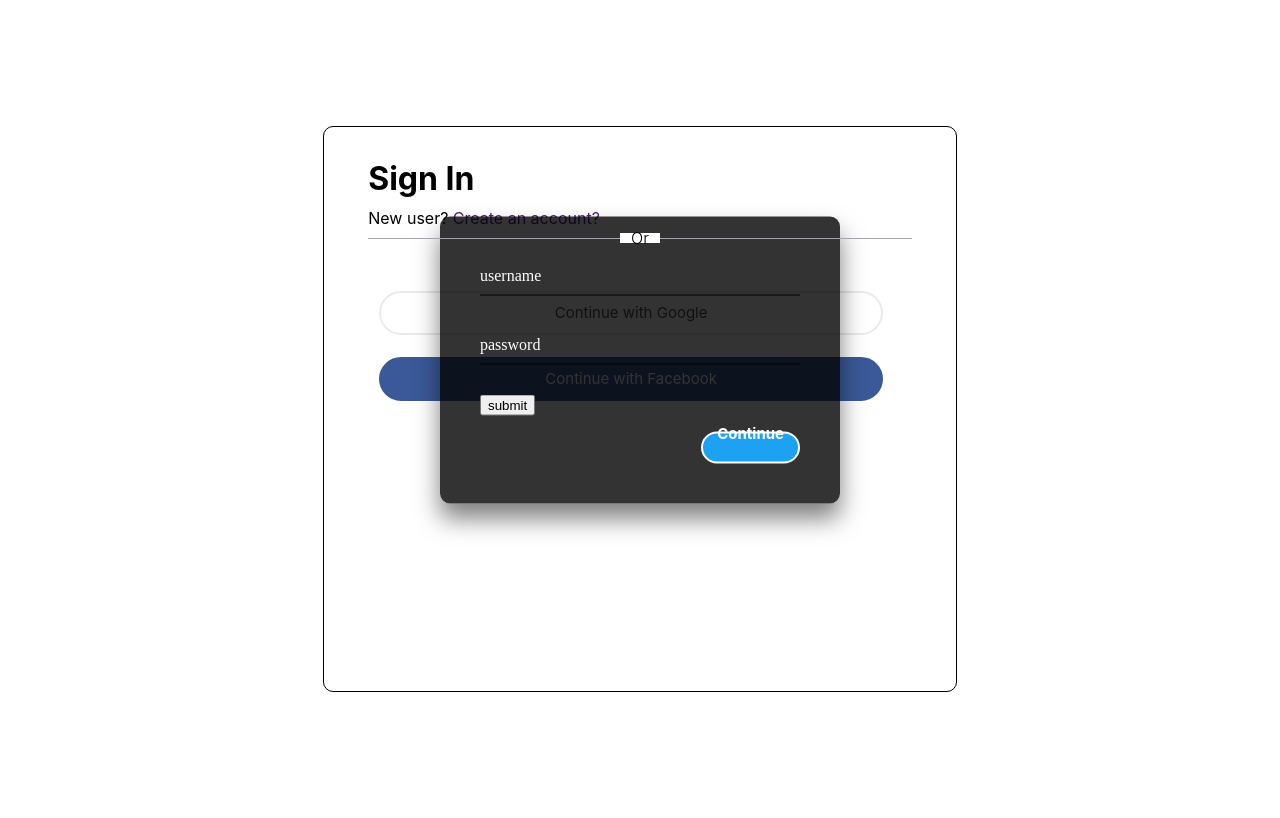
Repository: thangluu93/WereWolf
Page: Template/signIn.html
An editor plug-in stored every save of this project. The page is shown before and after the next save, followed by the edit.
The browser window is 1280 px wide. The pictures show the whole page.

Above is the page before, as saved 2020-01-13 16:59:00.

### Template/signIn.html
<html>

<head>

    <link rel="stylesheet" href="../Stylesheet/signInStyle.css">
</head>

<body id="body1">
    <div class="container" id="container1">
        <div class="containerBody" id="containerBody1">
            <div class="border" id="border1">
                <div class="content" id="content1">
                    <div class="contentHeader">
                        <h1 class="Heading">Sign In</h1>
                        <p class="subHead">New user? <a href="">Create an account?</a></p>
                    </div>
                    <div class="fieldLayout">
                        <div class="box" >
                            <form>
                                <div class="inputBox">
                                    <input type="text" name="" required="">
                                    <label>username</label>
                                </div>
                                <div class="inputBox">
                                    <input type="password" name="" required="">
                                    <label>password</label>
                                </div>
                                <input type="submit" name="" value="submit">
                            </form>
                        <div class="emailContinue">
                            <button class="emailContinueBtn ">
                                <span>Continue</span>
                            </button>
                        </div>
                    </div>
                    <div class="contentFooter">
                        <strong class="line">Or</strong>
                        <div class="socialSignIn" id="socialSignIn1">
                            <a href="" class="googleSignIn">
                                <!-- <svg viewBox="0 0 1152 1152" focusable="false" aria-hidden="true" role="img"
                                class="googleIconSvg">
                                <path
                                    d="M1055.994 594.42a559.973 559.973 0 0 0-8.86-99.684h-458.99V683.25h262.28c-11.298 60.918-45.633 112.532-97.248 147.089v122.279h157.501c92.152-84.842 145.317-209.78 145.317-358.198z"
                                    fill="#4285f4"></path>
                                <path
                                    d="M588.144 1070.688c131.583 0 241.9-43.64 322.533-118.07l-157.5-122.28c-43.64 29.241-99.463 46.52-165.033 46.52-126.931 0-234.368-85.728-272.691-200.919H152.636v126.267c80.19 159.273 245 268.482 435.508 268.482z"
                                    fill="#34a853"></path>
                                <path
                                    d="M315.453 675.94a288.113 288.113 0 0 1 0-185.191V364.482H152.636a487.96 487.96 0 0 0 0 437.724z"
                                    fill="#fbbc05"></path>
                                <path
                                    d="M588.144 289.83c71.551 0 135.792 24.589 186.298 72.88l139.78-139.779C829.821 144.291 719.504 96 588.143 96c-190.507 0-355.318 109.21-435.508 268.482L315.453 490.75c38.323-115.19 145.76-200.919 272.691-200.919z"
                                    fill="#ea4335"></path>
                            </svg> -->
                                <span>Continue with Google</span>
                            </a>
                            <a href="" class="facebookSignIn">
                                <!-- <svg viewBox="0 0 1152 1152" class="facebookIconSvg" aria-hidden="true" data-prefix="fab" data-icon="facebook-f"
                                role="img" xmlns="http://www.w3.org/2000/svg" viewBox="0 0 264 512" data-fa-i2svg="">
                                <path fill="currentColor"
                                    d="M76.7 512V283H0v-91h76.7v-71.7C76.7 42.4 124.3 0 193.8 0c33.3 0 61.9 2.5 70.2 3.6V85h-48.2c-37.8 0-45.1 18-45.1 44.3V192H256l-11.7 91h-73.6v229">
                                </path>
                            </svg> -->
                                <span>Continue with Facebook</span>

                            </a>

                        </div>
                    </div>
                </div>

            </div>
        </div>
    </div>
</body>

</html>

### Stylesheet/signInStyle.css
.containerBody{
    margin: 0;
    padding: 0;
    width: 100%;
}

#containerBody1{
  width: 100%;

}

#content1{

    display: flex;
    flex-direction: column;


}

.content{
    height: 90%;
    padding: 5% 7% 7% 7%;
}

.border{
    width: 50%;
    height: 80%;
}

#border1{
    border: 1px solid black;
    border-radius: 10px;   ;

    margin: 10% auto;
    justify-content: center;
    align-items: center;

}

.socialSignIn a{
    margin: 2%;
    width: 92%;
    height: 2.5rem;
    display: flex;
    align-items: center;
    justify-content: center;
    font-size: 15px;
}

.socialSignIn{
    margin-top: 2rem;
}

#socialSignIn1{
    display: flex;
    flex-direction: column;
}

.googleSignIn,.facebookSignIn,.twitterSignIn{
    border: 2px;
    border-style: solid;
    border-radius: 100px;
}

.subHead{
    margin: 10px 0 0 0;
}

.heading{
    margin: 0;
}

p {
    font-family: adobe-clean,"Source Sans Pro",-apple-system,BlinkMacSystemFont,"Segoe UI",Roboto,sans-serif;
}

h1{
    font-family: adobe-clean,"Source Sans Pro",-apple-system,BlinkMacSystemFont,"Segoe UI",Roboto,sans-serif;
    font-size: 32px;
}

span{
    font-family: adobe-clean,"Source Sans Pro",-apple-system,BlinkMacSystemFont,"Segoe UI",Roboto,sans-serif;
}

a{
    text-decoration: none;
}




.emailContinueBtn{
    display: flex;
    box-shadow: none;
    background-color: #1da1f2;
    color: white;
    border: none;
    outline: none;
    border-width: 2px;
    border-style: solid;
    border-radius: 16px;
    height: 32px;
    min-width: 72px;
    padding: 0 14px 0;
    font-size: 15px;
    font-weight: 700;
    line-height: 0;
    justify-content: center;
}

.emailContinue{
    display: flex;
    align-items: flex-end;
    flex-direction: column;
}

.googleSignIn{
    border-color: #eaeaea;
    color: #505050;
}

.facebookSignIn{
    border-color:#3b5998;
    background-color: #3b5998;
    color: white;
}

.twitterSignIn{
    color: white;
    border-color: #1da1f2;
    background-color: #1da1f2;
}

.line {
    display: flex;
    z-index: 1;
    position: relative;
    width: 100%;
    color: black;
    justify-content: center;
    font-weight: 300;
    font-family: adobe-clean,"Source Sans Pro",-apple-system,BlinkMacSystemFont,"Segoe UI",Roboto,sans-serif
}

.line:before {
    width: 40px;
    height: 10px;
    background-color: white;
    margin-top: -5px;
    margin-left: -20px;
    margin-right: 0px;
    margin-bottom: 0px;
    position: absolute;
    left: 50%;
    top: 50%;
    z-index: -1;
    content: '';
}

.line:after {
    border-bottom: 1px solid #a4a5ac;
    display: block;
    position: absolute;
    top: 49%;
    width: 100%;
    z-index: -2;
    content: '';
}



.inputBox{
    position: relative;
}



.inputBox label{
    position: absolute;
    top: 0;
    left: 0;
    padding: 10px 0;
    font-size: 16px;
    color: black;
    pointer-events: none;
    transition: .5s;
}

.box {
    position: absolute;
    top: 50%;
    left: 50%;
    transform: translate(-50%, -50%);
    width: 400px;
    padding: 40px;
    background: rgba(0,0,0,.8);
    box-sizing: border-box;
    box-shadow: 0 15px 25px rgba(0,0,0,.5);
    border-radius: 10px;
}


.box .inputBox {
    position: relative;
}

.box .inputBox input {
    width: 100%;
    padding: 10px 0;
    font-size: 16px;
    color: black;
    margin-bottom: 30px;
    border: none;
    border-bottom: 1px solid black;
    outline: none;
    background: transparent;
}

.box .inputBox label {
    position: absolute;
    top: 0;
    left: 0;
    padding: 10px 0;
    font-size: 16px;
    color: #fff;
    pointer-events: none;
    transition: .5s;
}

.box .inputBox input:valid ~ label, .box .inputBox input:focus ~ label
 {
    top: -20px;
    left: 0;
    color: #03a9f4;
    font-size: 12px;
}

After the next save:
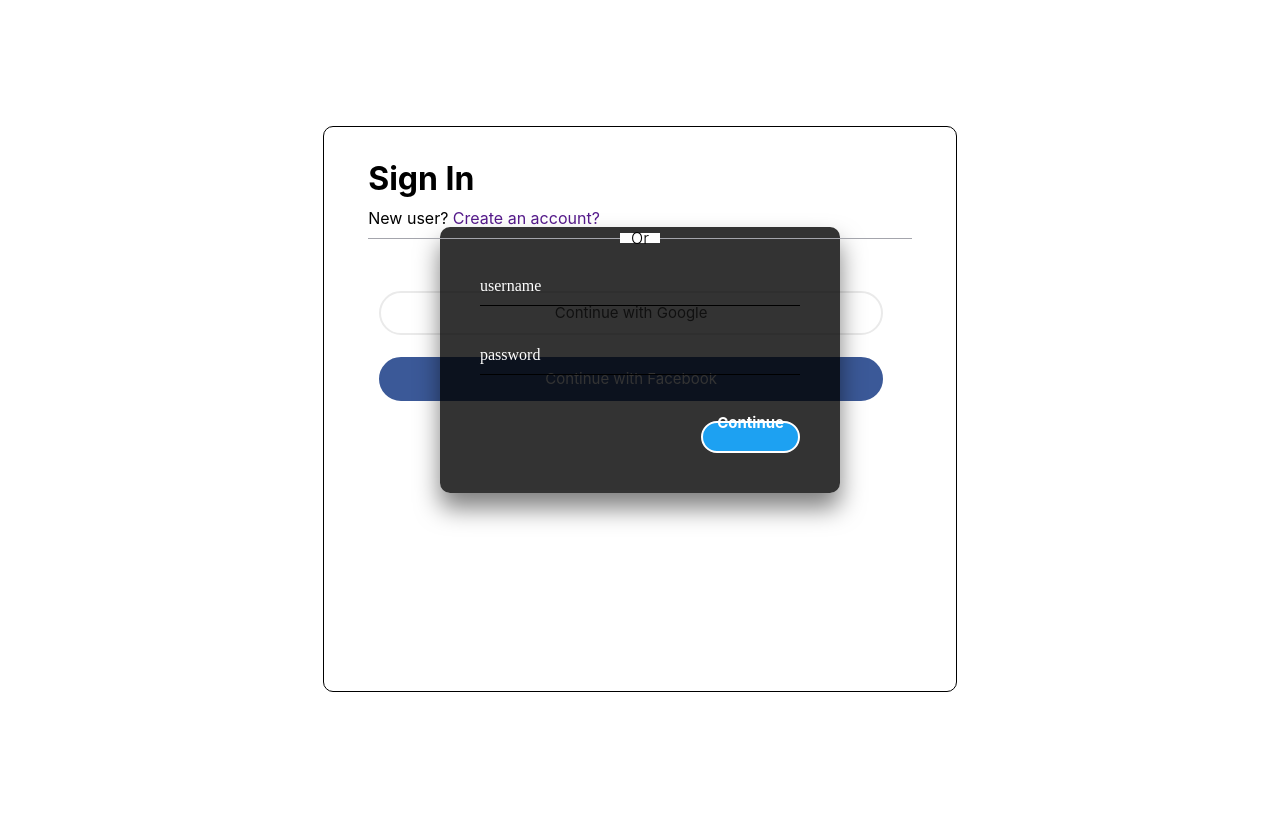
Saved 32 s later.
--- a/Template/signIn.html
+++ b/Template/signIn.html
@@ -25,7 +25,6 @@
                                     <input type="password" name="" required="">
                                     <label>password</label>
                                 </div>
-                                <input type="submit" name="" value="submit">
                             </form>
                         <div class="emailContinue">
                             <button class="emailContinueBtn ">
